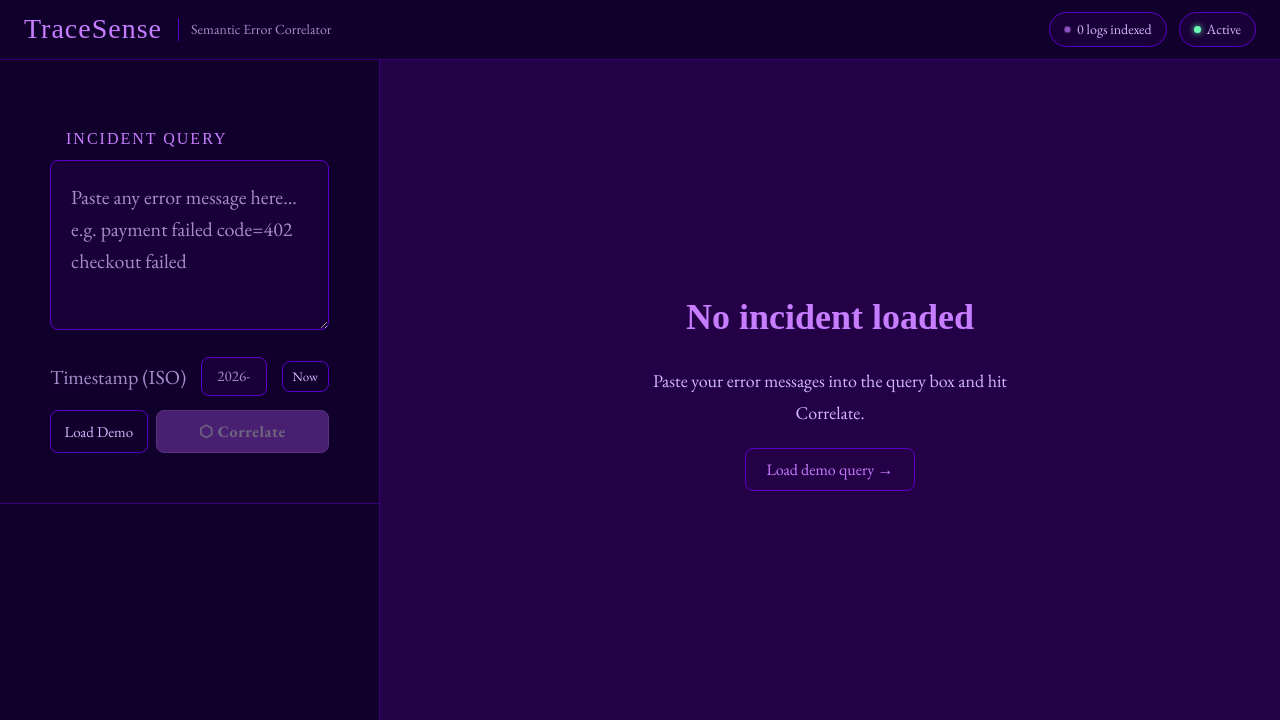
Repository: SaranyaM15/AI_Engineer_Journey
Page: / (app in tracesense/frontend/)
These files come from the project's save history. The page is drawn as it stood at one moment and after the next save; the edit follows.
The browser window is 1280 px wide. The pictures show the whole page.
The page's requests for data from a server got no answer. Some web fonts or font styles are not loaded; a fallback is used. The project was rebuilt for these pictures with package versions that can differ from the ones it lists, and the page was loaded fresh each time. No one was signed in, and anything a server would have sent is missing. Also part of the build but not shown: tracesense/frontend/vite.config.js, tracesense/frontend/src/components/Timeline.jsx, tracesense/frontend/src/components/LogFeed.jsx.

Above is the page before, as saved 2026-04-05 19:24:05.

After the next save:
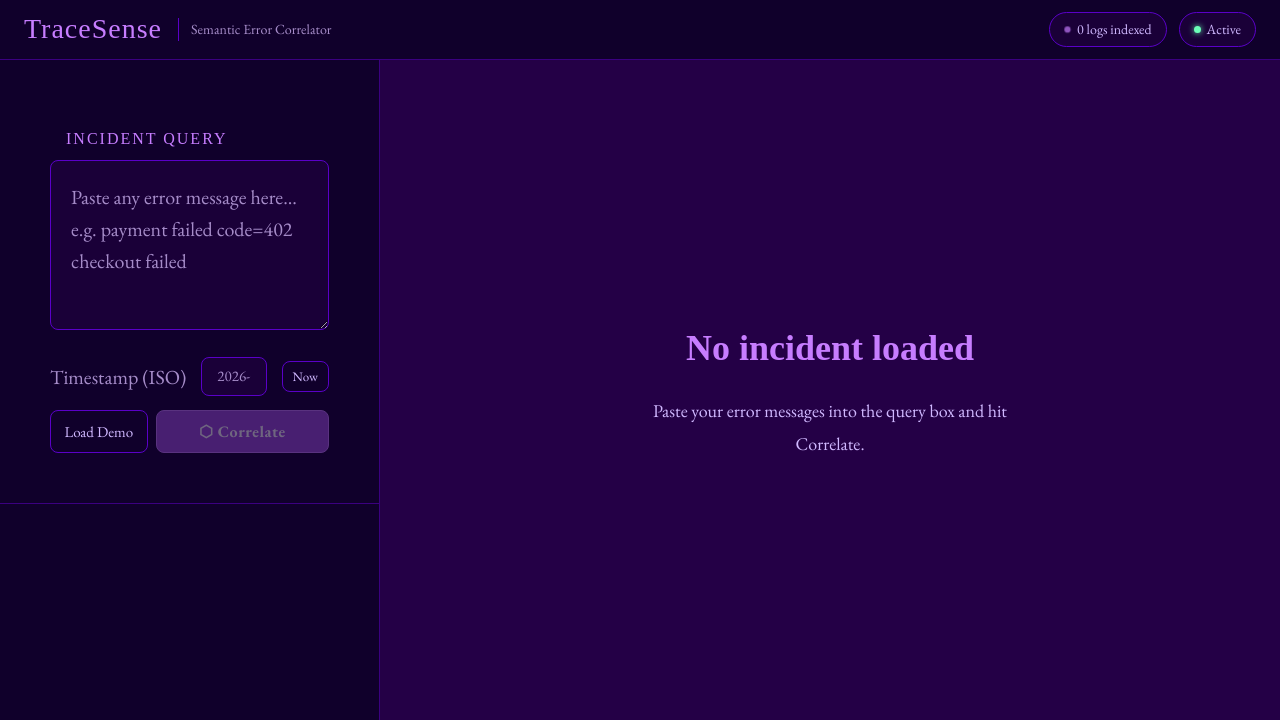
Saved 30 s later.
--- a/tracesense/frontend/src/App.jsx
+++ b/tracesense/frontend/src/App.jsx
@@ -105,9 +105,7 @@ export default function App() {
                 Paste your error messages into the query box and hit Correlate.
 
               </p>
-              <button className="demo-hint" onClick={handleDemo}>
-                Load demo query →
-              </button>
+
             </div>
           )}
           {loading && (
